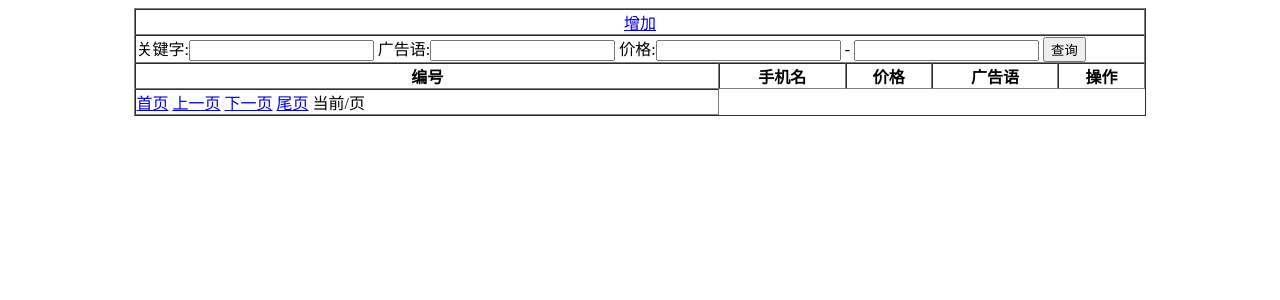
Repository: qyl1006/JavaCode
Page: http://localhost/task/WEB-INF/views/product/list.jsp
These files come from the project's save history. The page is drawn as it stood at one moment and after the next save; the edit follows.
The browser window is 1280 px wide. The pictures show the whole page.
The page is served by Tomcat 9. Nobody is signed in. The template is opened directly, without the code that normally fills it, so the values that code supplies are empty.

Above is the page before, as saved 2018-03-14 10:28:26.

After the next save:
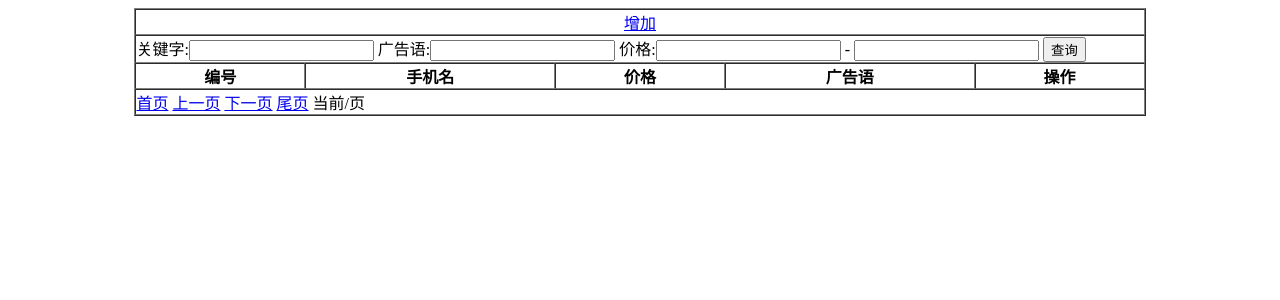
Saved 27 s later.
--- a/workspace/task/webapp/WEB-INF/views/product/list.jsp
+++ b/workspace/task/webapp/WEB-INF/views/product/list.jsp
@@ -46,7 +46,7 @@
 	</c:forEach>
 
 		<tr>
-			<td>
+			<td colspan="5">
 				<a href="/product?currentPage=1">首页</a>
 				<a href="/product?currentPage=${resrult.prevPage}">上一页</a>
 				<a href="/product?currentPage=${resrult.nextPage}">下一页</a>
